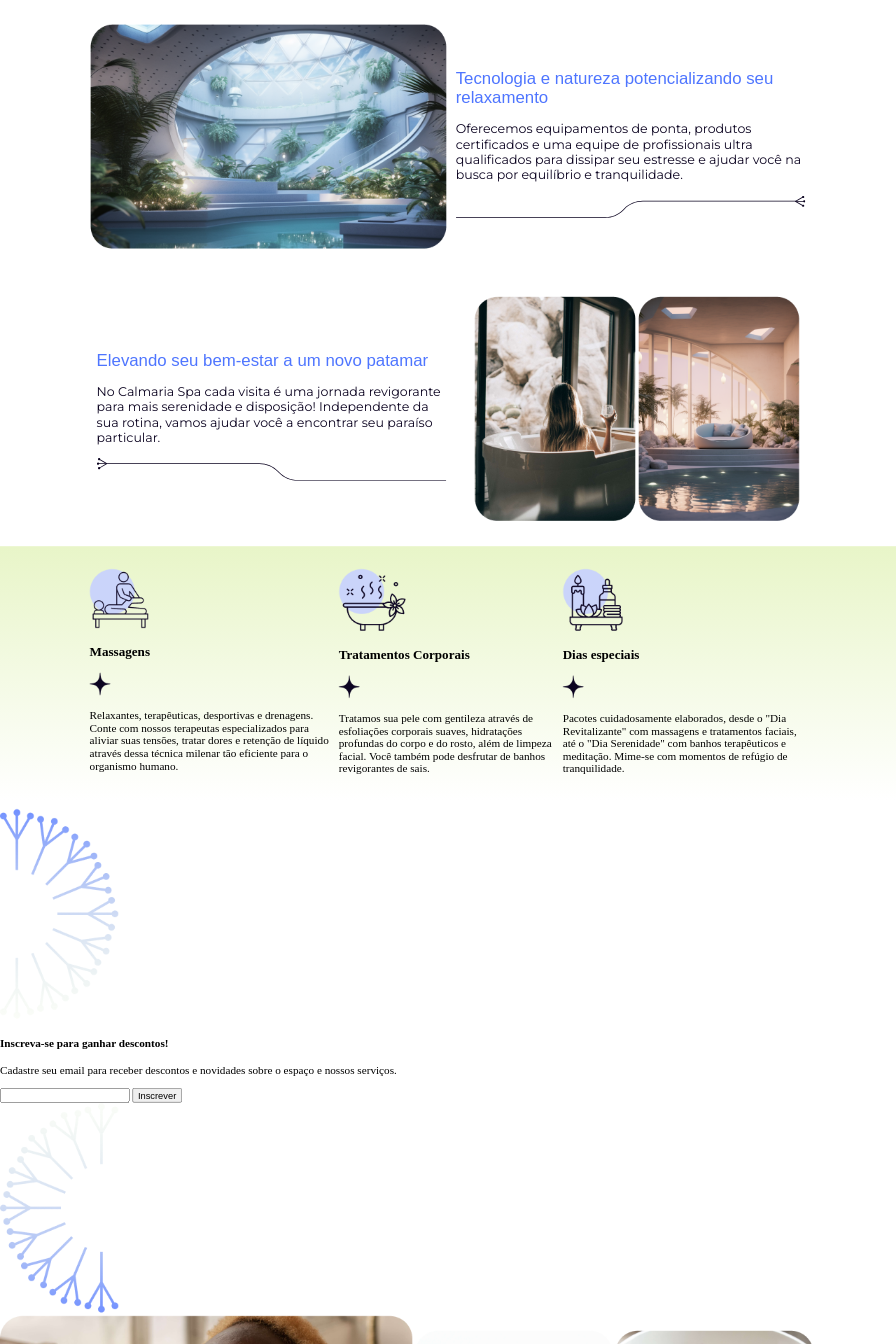
Repository: joaoPraiaJunior/curso-sass
Page: index.html
An editor plug-in stored every save of this project. The page is shown before and after the next save, followed by the edit.
The browser window is 1280 px wide. The pictures show the part of the page from y = 815 to 2735 px (the page is 3333 px tall), at 70% of full size.
Some web fonts or font styles are not loaded; a fallback is used. The style sheet was rebuilt from its Sass, Less or Tailwind sources for each picture, by a compiler version that may differ from the author's.

Above is the page before, as saved 2024-07-06 17:20:44.

### index.html
<!DOCTYPE html>
<html lang="pt-BR">

<head>
    <meta charset="UTF-8">
    <meta name="viewport" content="width=device-width, initial-scale=1.0">
    <link rel="stylesheet" href="/styles/styles.css">
    <link rel="preconnect" href="https://fonts.googleapis.com">
    <link rel="preconnect" href="https://fonts.gstatic.com" crossorigin>
    <link href="https://fonts.googleapis.com/css2?family=Krona+One&family=Montserrat:wght@400;600;700&display=swap" rel="stylesheet">
    <title>Calmaria</title>
</head>

<body>
    <header>
        <img src="./assets/logo.png" alt="logo">
        <nav>
            <ul>
                <li><a href="#nosso-espaco">Nosso espaço</a></li>
                <li><a href="#servico">Servicos</a></li>
                <li><a href="#contatos">Contato</a></li>
            </ul>
        </nav>
    </header>
    <main>
        <section id="home">
            <div class="home-conteudo">
                <div class="textos-home">
                    <h1>Boas-vindas ao seu refúgio de <span> paz e bem-estar</span></h1>
                    <button class="btn-main">Quero relaxar!</button>
                </div>
                <div class="img-home">
                    <img src="/assets/home-image.png" alt="Mulher de bruços recebendo massagem nas costas">
                </div>
            </div>
        </section>
        <section id="nosso-espaco">
            <div class="detalhes">
                <div class="imgs-espaco">
                    <img class="img-espaco" src="/assets/espaco-1.png" alt="Espaço iluminado pelo sol com design futurista composto por piscina e plantas">
                </div>
                <div class="espaco-textos">
                    <h2 class="titulo">Tecnologia e natureza potencializando seu relaxamento</h2>
                    <p class="infos">Oferecemos equipamentos de ponta, produtos certificados e uma equipe de
                        profissionais ultra qualificados para dissipar seu estresse e ajudar você na busca por
                        equilíbrio e tranquilidade.</p>
                    <img class="separador" src="./assets/separador-direita.svg" alt="separador de seções">
                </div>
            </div>
            <div class="detalhes">
                <div class="imgs-espaco">
                    <img class="img-espaco" src="/assets/espaco-2.png" alt="Mulher sentada numa banheira com uma taça na mão">
                    <img class="img-espaco" src="/assets/espaco-3.png" alt="Espaço com uma piscina e um sofá ao fundo">
                </div>
                <div class="espaco-textos">
                    <h2 class="titulo">Elevando seu bem-estar a um novo patamar</h2>
                    <p class="infos">No Calmaria Spa cada visita é uma jornada revigorante para mais serenidade e
                        disposição! Independente da sua rotina, vamos ajudar você a encontrar seu paraíso
                        particular.</p>
                    <img class="separador" src="./assets/separador-esquerda.svg" alt="separador de seções">
                </div>
            </div>
        </section>
        <section id="servico">

            <div class="cards">
                <div class="card">
                    <img src="/assets/icon-massagem.png" alt="Icone de massagem">
                    <h3 class="card-titulo">Massagens</h3>
                    <img src="./assets/Soft-Star.png" alt="soft star">
                    <p class="card-texto">Relaxantes, terapêuticas, desportivas e drenagens. Conte com nossos
                        terapeutas especializados para aliviar suas tensões, tratar dores e retenção de líquido
                        através
                        dessa técnica milenar tão eficiente para o organismo humano.</p>
                </div>
                <div class="card">
                    <img src="/assets/icon-tratamentos.png" alt="Icone de tratamento com figura de uma banheira">
                    <h3 class="card-titulo">Tratamentos Corporais</h3>
                    <img src="./assets/Soft-Star.png" alt="soft star">
                    <p class="card-texto">Tratamos sua pele com gentileza através de esfoliações corporais suaves,
                        hidratações profundas do corpo e do rosto, além de limpeza facial. Você também pode
                        desfrutar de
                        banhos revigorantes de sais.</p>
                </div>
                <div class="card">
                    <img src="/assets/icon-dias-especiais.png" alt="Icone de Dias especiais com figura de produtos">
                    <h3 class="card-titulo">Dias especiais</h3>
                    <img src="./assets/Soft-Star.png" alt="soft star">
                    <p class="card-texto">Pacotes cuidadosamente elaborados, desde o "Dia Revitalizante" com
                        massagens e tratamentos faciais, até o "Dia Serenidade" com banhos terapêuticos e meditação.
                        Mime-se com momentos de refúgio de tranquilidade.</p>
                </div>
            </div>

        </section>
        <section id="desconto">
            <img src="/assets/mandala-esquerda.png" alt="Mandala lado esquerdo">
            <div class="desconto-form">
                <h4>Inscreva-se para ganhar descontos!</h4>
                <p>Cadastre seu email para receber descontos e novidades sobre o espaço e nossos serviços.</p>
                <div class="input-btn">
                    <input type="email">
                    <button type="submit">Inscrever</button>
                </div>
            </div>
            <img src="/assets/mandala-direita.png" alt="Mandala lado direito">
        </section>
        <section id="contatos">
            <div class="contatos-imgs">
                <img src="/assets/contato-img-1.png" alt="Homem deitado em banheira">
                <img src="/assets/contato-img-2.png" alt="Mulher olhando para o horizonte dentro de uma banheira">
                <img src="/assets/contato-img-3.png" alt="Visão superior de um livro nas mãos de uma pessoa dentro de uma banheira">
            </div>
            <div class="contatos-form">
                <h4 class="titulo">Entre em contato</h4>
                <p class="infos">Reserve seu horário, tire dúvidas ou proponha sugestões, nosso canal é aberto para
                    você!</p>
                <form class="inputs">
                    <div class="form-group">
                        <label for="nomeContato">Nome</label>
                        <input type="text" id="nomeContato" placeholder="Digite nome completo">
                    </div>
                    <div class="form-group">
                        <label for="emailContato">Email</label>
                        <input type="email" id="emailContato" placeholder="Digite seu email">
                    </div>
                    <div class="form-group">
                        <label for="telefoneContato">Telefone</label>
                        <input type="text" id="telefoneContato" placeholder="(xx) xxxxx-xxxx">
                    </div>
                    <div class="form-group">
                        <label for="mensagemContato">Mensagem</label>
                        <textarea id="mensagemContato" placeholder="Escreva sua mensagem"></textarea>
                    </div>
                    <button class="btn">Enviar</button>
                </form>
            </div>
        </section>
    </main>
    <footer>
        <small>Desenvolvido po Alura. Projeto fictício sem fins comerciais.</small>
    </footer>
</body>

</html>

### styles/styles.scss
@use './abstract/root';

@use './components/header';
@use './components/home';
@use './components/nosso-espaco';
@use './components/servicos';

### styles/abstract/_root.scss
html {
  font-size: 62.5%;
}

body {
  font-size: 1.6rem;
  margin: 0;
  padding: 0;
  box-sizing: border-box;
}

### styles/components/_header.scss
@use "../abstract/variaveis";
@use "../abstract/mixins";

header {
  display: flex;
  flex-direction: column;
  align-items: center;
  gap: 1.6rem;
  background-color: variaveis.$cor-quaternaria;
  padding: 3.2rem;

  nav {
    border-top: 1px solid variaveis.$cor-primaria;
    width: 80%;

    ul {
      display: flex;
      justify-content: center;
      gap: 4.8rem;
      padding: 0;
      li {
        list-style-type: none;
        a {
            @include mixins.estilos-fontes(variaveis.$ft-textos, 2.2rem, variaveis.$cor-primaria);
          font-weight: 500;
          text-decoration: none;
        }
      }
    }
  }
}

### styles/abstract/_variaveis.scss
//Variáveis
//Cores
$cor-primaria: #0C0421;
$cor-secundaria: #4e75ff;
$cor-terciaria: #85a0ff;
$cor-quaternaria: #E8F5C8;
$cor-default: #CAD4FA;
$gradiente-primario: linear-gradient(180deg, #E8F5C8 0%, #FFFFFF 96.87%);
$gradiente-secundario: linear-gradient(180deg, rgba(255, 255, 255, 0.7) 0%, rgba(202, 212, 250, 0.3) 100%);
//Fontes
$ft-textos: 'Montserrat', sans-serif;
$ft-titulos: 'Krona One', sans-serif;

### styles/abstract/_mixins.scss
@mixin margem-centralizada($width) {
    width: $width;
    margin: 0 auto;
}

@mixin estilos-fontes($font-family, $font-size, $font-color) {
    font-family: $font-family;
    font-size: $font-size;
    color: $font-color;
}

### styles/components/_home.scss
@use "../abstract/variaveis";
@use "../abstract/mixins";

#home {
  background: variaveis.$gradiente-primario;

  .home-conteudo {
    display: flex;
    align-items: center;
    @include mixins.margem-centralizada(80%);
    max-width: 1040px;
    .textos-home {
      max-width: 464px;
      h1 {
        font-family: variaveis.$ft-titulos;
        font-size: 4.2rem;
        color: variaveis.$cor-primaria;
        margin-bottom: 3.2rem;
        span {
          color: variaveis.$cor-secundaria;
        }
      }

      .btn-main {
        font-family: variaveis.$ft-textos;
        font-size: 2.2rem;
        font-weight: 600;
        color: variaveis.$cor-quaternaria;
        background-color: variaveis.$cor-secundaria;
        width: 28rem;
        border: none;
        padding: 2.4rem;
        border-radius: 40px;
        cursor: pointer;
      }
    }

    .img-home {
      max-width: 474px;
      img {
        width: 100%;
      }
    }
  }
}

### styles/components/_nosso-espaco.scss
@use "../abstract/variaveis";
@use "../abstract/mixins";

#nosso-espaco {
    @include mixins.margem-centralizada(80%);
    .detalhes {
        display: inline-flex;
        align-items: center;
        justify-content: space-around;
        gap: 2rem;
        width: 100%;
        padding: 3.2rem 0;
        .imgs-espaco {
            max-width: 500px;
        }

        .espaco-textos {
            @extend .imgs-espaco;
            .titulo {
                @include mixins.estilos-fontes(variaveis.$ft-titulos, 2.4rem, variaveis.$cor-secundaria);
                font-weight: 500;
            }

            .infos {
                @include mixins.estilos-fontes(variaveis.$ft-textos, 1.8rem, variaveis.$cor-primaria);
            }
            .separador {
                width: 100%;
            }
        }
        &:nth-child(2) {
            flex-direction: row-reverse;
        }
    }
}

### styles/components/_servicos.scss
@use "../abstract/variaveis";
@use "../abstract/mixins";

#servico {
    background: variaveis.$gradiente-primario;

    .cards {
        display: flex;
        @include mixins.margem-centralizada(80%);
        padding: 3.2rem 0;
    }
}

After the next save:
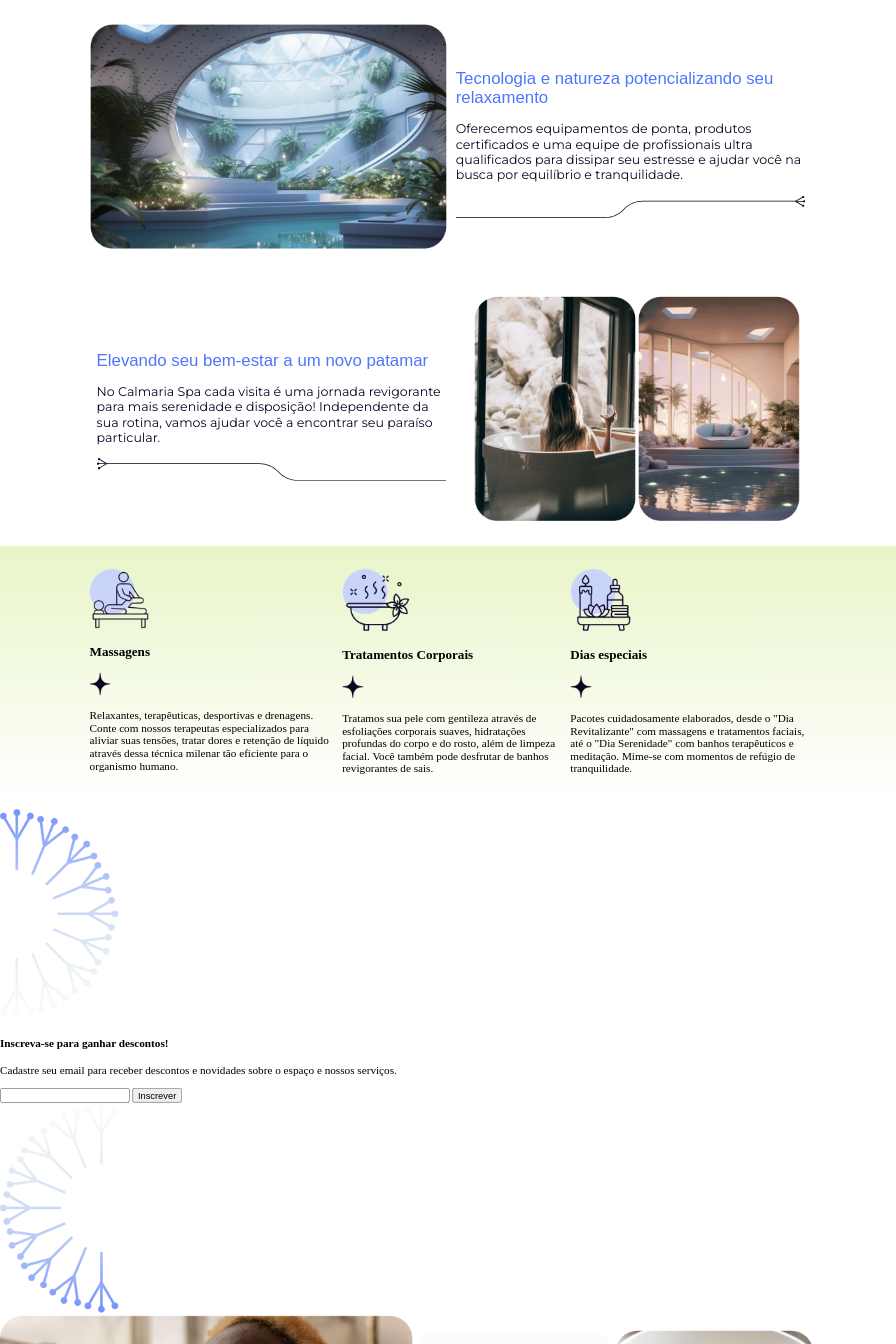
Saved 40 s later.
--- a/styles/components/_servicos.scss
+++ b/styles/components/_servicos.scss
@@ -6,6 +6,7 @@
 
     .cards {
         display: flex;
+        gap: 1.6rem;
         @include mixins.margem-centralizada(80%);
         padding: 3.2rem 0;
     }
